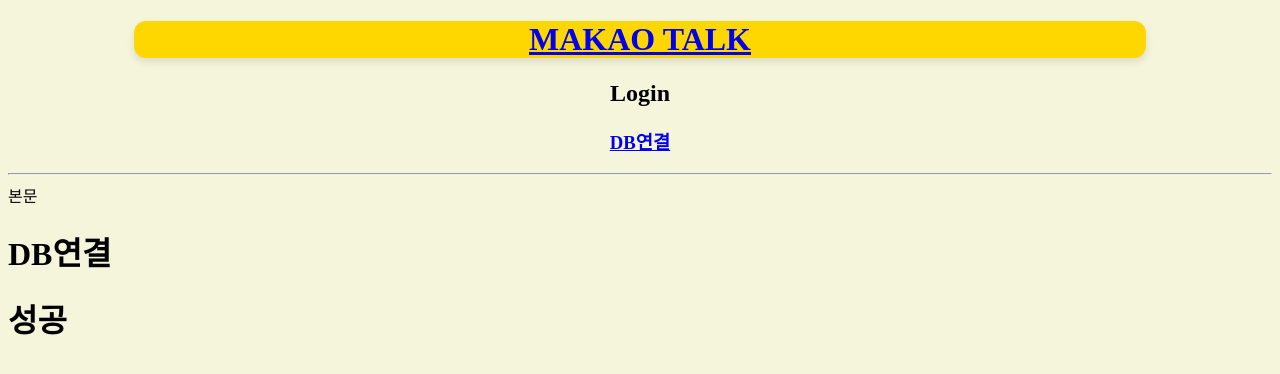
Repository: womss/sexyguy
Page: http://localhost/Feb06_2_SNSS/DBCController
These files come from the project's save history. The page is drawn as it stood at one moment and after the next save; the edit follows.
The browser window is 1280 px wide. The pictures show the whole page.
The page is served by Tomcat 9. Other server files are loaded and not shown.

Above is the page before, as saved 2025-02-07 01:08:28.

### JSP/Feb06_2_SNSS/src/main/webapp/SNS.jsp
<%@ page language="java" contentType="text/html; charset=UTF-8"
    pageEncoding="UTF-8"%>
<%@ taglib prefix="c" uri="http://java.sun.com/jsp/jstl/core" %>
<%@ taglib prefix="fmt" uri="http://java.sun.com/jsp/jstl/fmt" %>
<!DOCTYPE html>
<html>
<head>
<meta charset="UTF-8">
<title>SNS</title>
<link rel="stylesheet" href="css/sns.css">
<script type="text/javascript" src="js/BeaverValidChecker.js"></script>
<script type="text/javascript" src="js/Check.js"></script>
<script type="text/javascript" src="js/go.js"></script>
</head>
<body>
	<h1 id="title" align="center"><a href="HomeController">MAKAO TALK</a></h1> <p>

	<h2 align="center">Login</h2> <p>
	<h3 align="center"><a href="DBCController">DB연결</a></h3>
	<hr>
	<div id="mainContent">
	본문
	<!-- 본문이 와야 할 자리 -->

	</div>


	<jsp:include page="${cp }" />


	</div>
</body>
</html>

### JSP/Feb06_2_SNSS/src/main/webapp/dbc/dbc.jsp
<%@page import="java.sql.Connection"%>
<%@page import="com.beaver.db.manager.BeaverDBManager"%>
<%@ page language="java" contentType="text/html; charset=UTF-8"
    pageEncoding="UTF-8"%>
<!DOCTYPE html>
<html>
<head>
<meta charset="UTF-8">
<title>Insert title here</title>
</head>
<body>

	<%
		// 톰캣이 튜브대여소 역할을 할 줄 알아서
		// 튜브 = Connection 객체

		// 기본 : DriverManager.getConnection()을 실행하는 순간
		//	관련된 모든 작업을 해서 Connection 객체를 만들어줌 => 느림

		// 커넥션풀 : 미리 Connection객체 x 100개 만들어놓고
		//	클라이언트가 요청하면 => 만들어진거 하나 주면 됨 => 빠름

		// 설정 - context.xml(설계도, 사업계획서 느낌)
		// Servers(톰캣) - context.xml 파일이 존재함
		//		저걸 건들면... 우리가 사용하고 있는 워크스페이스 안에 있는
		//		모~~~든 프로젝트에 다 영향을 주게 됨
		//	프로젝트가 다르다 => DB서버가 다르다

		// 우리가 만든 context.xml을
		//	각 프로젝트의 META-INF폴더에 넣자!!

		String result = "실패";

		Connection con = null;
		try {
			con = BeaverDBManager.connect("sexy");
			result = "성공";
		} catch (Exception e) {
			e.printStackTrace();
		}
		BeaverDBManager.close(con, null, null);
	%>
	<h1>DB연결</h1>
	<h1><%=result %></h1>
</body>
</html>

### JSP/Feb06_2_SNSS/src/main/java/com/beaver/feb061/dbc/DBCController.java
package com.beaver.feb061.dbc;

import java.io.IOException;
import javax.servlet.ServletException;
import javax.servlet.annotation.WebServlet;
import javax.servlet.http.HttpServlet;
import javax.servlet.http.HttpServletRequest;
import javax.servlet.http.HttpServletResponse;

@WebServlet("/DBCController")
public class DBCController extends HttpServlet {
	protected void doGet(HttpServletRequest request, HttpServletResponse response) throws ServletException, IOException {
		request.setAttribute("cp", "dbc/dbc.jsp");
		request.getRequestDispatcher("SNS.jsp").forward(request, response);
	}

	protected void doPost(HttpServletRequest request, HttpServletResponse response) throws ServletException, IOException {
	}

}

### JSP/Feb06_2_SNSS/src/main/java/com/beaver/db/manager/BeaverDBManager.java
package com.beaver.db.manager;


	import java.sql.Connection;
	import java.sql.PreparedStatement;
	import java.sql.ResultSet;

	import javax.naming.Context;
	import javax.naming.InitialContext;
	import javax.sql.DataSource;



	public class BeaverDBManager {


		public static Connection connect(String poolName) throws Exception {
			Context ctx = new InitialContext();
			DataSource ds = (DataSource) ctx.lookup("java:comp/env/" + poolName);
			// java:comp/env/ 는 context.xml파일이 있는 경로
			return ds.getConnection();
		}

		// 빌린 튜브 반납
		public static void close(Connection con, PreparedStatement pstmt, ResultSet rs) {
			try {
				rs.close();
			} catch (Exception e) {
			}
			try {
				pstmt.close();
			} catch (Exception e) {
			}
			try {
				con.close();
			} catch (Exception e) {
			}
		}


	}

### JSP/Feb06_2_SNSS/src/main/webapp/css/sns.css
@charset "UTF-8";


body {
	background-color: beige;
}

#title {
	margin-left: auto;
	margin-right: auto;

	text-align: center;
	width: 80%;
	height: 10%;
	color: rgb(60, 0, 0);
	background-color: gold;
	box-shadow: 0px 4px 8px rgba(0, 0, 0, 0.1);
    border-radius: 12px;
    overflow: hidden;
}

#login-container {
	padding: 10px;
	width: 300px;
	float: right;
	margin-right: 50px;
	text-align: left;
	background-color: ghostwhite;
	box-shadow: 0px 4px 8px rgba(0, 0, 0, 0.1);
    border-radius: 12px;
    overflow: hidden;

}

.td1{
	text-align: center;
}

.btn {

}

### JSP/Feb06_2_SNSS/src/main/webapp/js/BeaverValidChecker.js
// 잘못됐으면 true값 (뭔가 문제가 있으면 true, 정상적이면 false)

// <input>을 넣었을 때
//	아무것도 안썼으면 true, 뭐라도 썼으면 false
function isEmpty(input) {
	return (!input.value);
}

// <input>을 넣었을 때
//	한글 / 특수문자 값이 들어있다면 true, 없다면 false
function containsAnother(input) { // 매일같은거 작성할때 한글값 안들어가게 막아놓는
	let pass = "1234567890qwertyuiopasdfghjklzxcvbnmQWEASDZXCRTYFGHVBNUIOPJKLM@_.";

	let iv = input.value;
	for (let i = 0; i < iv.length; i++){
		if (pass.indexOf(iv[i]) == -1 ) {	// pass에 있는 내용중에서
			return true;					// 내용이 없다면 트루값 리턴
		}
	}
	return false; 							// 내용이 있다면 폴스값 리턴
}

// <input>, 글자 수를 넣었을 때
//	지정한 글자수보다 적으면 true, 지정한 글자수 이상이면 false
function atLeastLetter(input, len) {
	return (input.value.length < len);
}

// <input> x 2 두개를 넣었을 때 (pw, pw확인)
//	내용이 다르면 true, 같으면 false
function notEqualPw(input1, input2) {
	return (input1.value != input2.value);
}

// <input>, 문자열셋 넣었을 때
// 없으면 true, 있으면 false (입력한 pw에 지정한 문자열이 없는 경우)
function cotContain (input, passSet) {
	let iv = input.value;
	for (let i = 0; i < passSet.length; i++) {
		if (iv.indexOf(passSet[i]) != -1) {
			return true;
		}
	}
return false;
}

// <input> 넣었을 때
//	숫자 아닌거 있으면 true, 숫자만 있으면 false
function isNotNumber(input) { // 신발 사이즈 체크
	return isNaN(input.value);
}

// <input>, 확장자 넣었을 때
//	확장자명이 아니면 true, 맞으면 false
function isNotType(input, type) { // ex) 파일명.확장자 의 . 을 구분짓는(type자리에)
	// .gif, .png, ...
	type = "." + type;
	return (input.value.indexOf(type)== -1) // 우리가 찾는 확장자의 경우가 아니면 폴스 맞으면 리턴
}

### JSP/Feb06_2_SNSS/src/main/webapp/js/Check.js
function signUpCheck() {
	let id = document.loginForm.id;
	let pw = document.loginForm.pw;
	let pwc = document.loginForm.pwc;
	let name = document.loginForm.name;
	let phone = document.loginForm.phone;
	let y = document.loginForm.year;
	let m = document.loginForm.month;
	let d = document.loginForm.day;
	let f = document.loginForm.file;


	if (isEmpty(id) || atLeastLetter(id, 3)) {
		alert("ID는 최소 3자 이상 입력해주세요");
		id.focus();
		return false;
	}

	if (containsAnother(id))  {
		alert("ID는 영어,숫자,특수문자 @ _ . 만 입력 가능합니다.");
		id.value="";
		id.focus();
		return false;
	}

	if (isEmpty(pw) || atLeastLetter(pw, 3)) {
		alert("PW는 최소 3자 이상 입력해주세요");
		pw.value="";
		pw.focus();
		return false;
	}

	if (notEqualPw(pw, pwc))  {
		alert("PW가 다릅니다 다시 입력해주세요.");
		pw.value="";
		pwc.value="";
		pw.focus();
		return false;
	}

	if (isEmpty(name) || atLeastLetter(name, 2)) {
		alert("Name은 최소 2자 이상 입력해주세요");
		name.value="";
		name.focus();
		return false;
	}

	if (isEmpty(phone) || atLeastLetter(phone, 11) || isNotNumber(phone)) {
		alert("전화번호를 숫자로 전부 입력해주세요");
		phone.value="";
		phone.focus();
		return false;
	}

	if ((y.value == "choice") || (m.value == "choice") || (d.value == "choice")) {
		alert("생년월일을 전부 선택해주세요");
		return false;
	}

	if (isNotType(f, "jpeg") && isNotType(f, "jpg")) {
    alert("허용되지 않은 파일 형식입니다. JPEG 또는 JPG 파일만 업로드해주세요.");
    f.value = ""; // 잘못된 파일 초기화
    f.focus();
    return false;
	}


	return true;

}

Loaded but not shown: JSP/Feb06_2_SNSS/src/main/webapp/js/go.js (no copy from this time; the picture is the same without it)

After the next save:
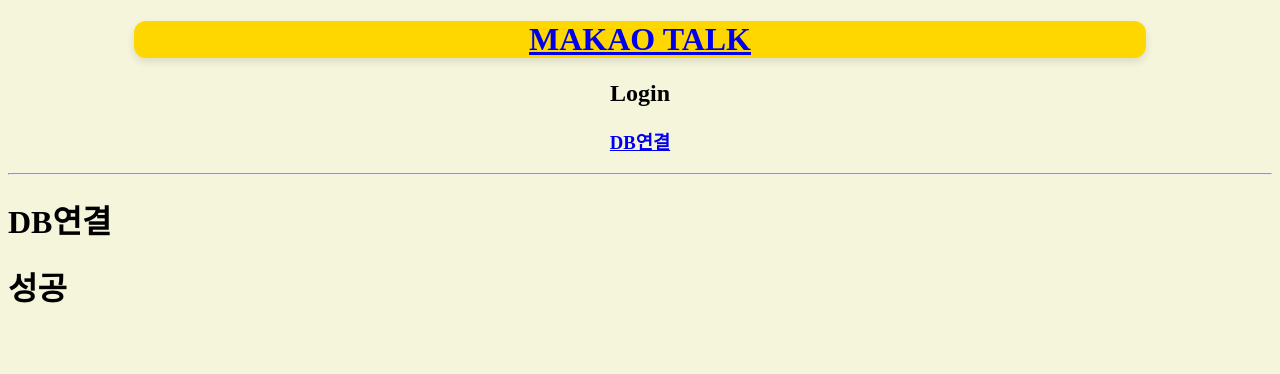
Saved 14 s later.
--- a/JSP/Feb06_2_SNSS/src/main/webapp/SNS.jsp
+++ b/JSP/Feb06_2_SNSS/src/main/webapp/SNS.jsp
@@ -19,7 +19,7 @@
 	<h3 align="center"><a href="DBCController">DB연결</a></h3>
 	<hr>
 	<div id="mainContent">
-	본문
+	<jsp:include page="${lp }" />
 	<!-- 본문이 와야 할 자리 -->
 
 	</div>
